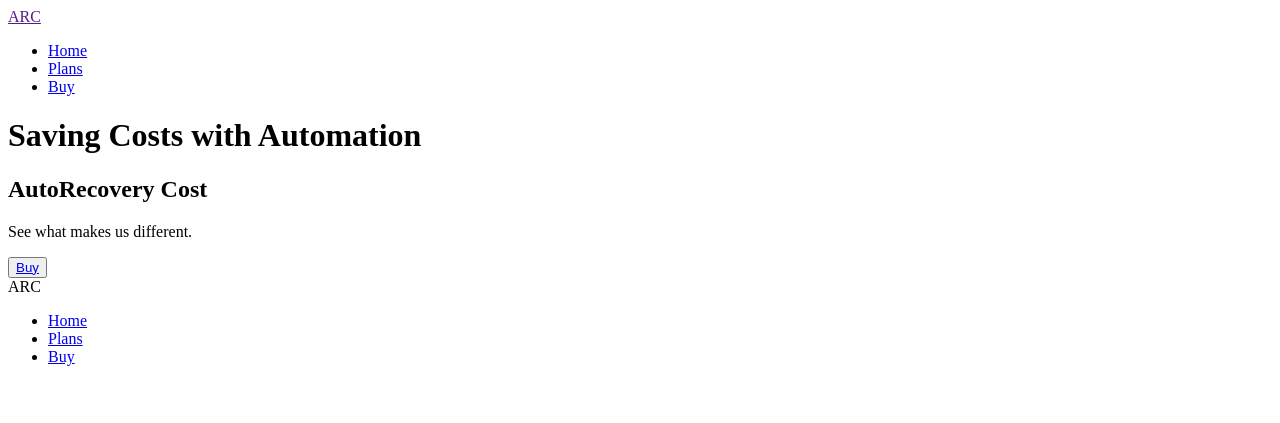
Repository: batmikun/Courses
Page: Front-End/SPA NATIVE JS/src/index.html
The author's editor kept a copy of each file at every save. The page is drawn from the files as they stood at one save, then again after the next save.
The browser window is 1280 px wide. The pictures show the whole page.

Above is the page before, as saved 2021-11-21 00:52:45.

### Front-End/SPA NATIVE JS/src/index.html
<!DOCTYPE html>
<html lang="en">
    <head>
        <meta charset="UTF-8">
        <meta http-equiv="X-UA-Compatible" content="IE=edge">
        <meta name="viewport" content="width=device-width, initial-scale=1.0">
        <title>AutoRecovery Cost</title>
    </head>
    <body>
        <nav class="navbar">
            <div class="navbar__container">
                <a href="" id="navbar__logo">
                    ARC
                </a>
                <div class="navbar__toggle" id="mobile-menu">
                    <span class="bar"></span>
                    <span class="bar"></span>
                    <span class="bar"></span>
                </div>
                <ul class="navbar__menu">
                    <li class="navbar__item">
                        <a id="" href="#" class="navbar__link">Home</a>
                    </li>
                    <li class="navbar__item">
                        <a id="Products" href="#" class="navbar__link">Plans</a>
                    </li>
                    <li class="navbar__btn">
                        <a href="#" id="" class="button">Buy</a>
                    </li>
                </ul>
            </div>
        </nav>

        <div class="main">
            <div class="main__container">
                <div class="main__content">
                    <h1>Saving Costs with Automation</h1>
                    <h2>AutoRecovery Cost</h2>
                    <p>See what makes us different.</p>
                    <button class="main__btn">
                        <a href="#" id="Products">Buy</a>
                    </button>
                </div>
            </div>
        </div>

        <section id="root"></section>

        <footer>
            <div class="footer">
                <div class="footer__container">
                    <div class="footer__content">
                        <div class="footer__logo">
                            ARC
                        </div>
                        <div class="footer__menu">
                            <ul class="footer__list">
                                <li class="footer__item">
                                    <a href="#" class="footer__link">Home</a>
                                </li>
                                <li class="footer__item">
                                    <a href="#" class="footer__link">Plans</a>
                                </li>
                                <li class="footer__item">
                                    <a href="#" class="footer__link">Buy</a>
                                </li>
                            </ul>
                        </div>
                    </div>
                </div>
            </div>
        </footer>
    </body>
</html>

After the next save:
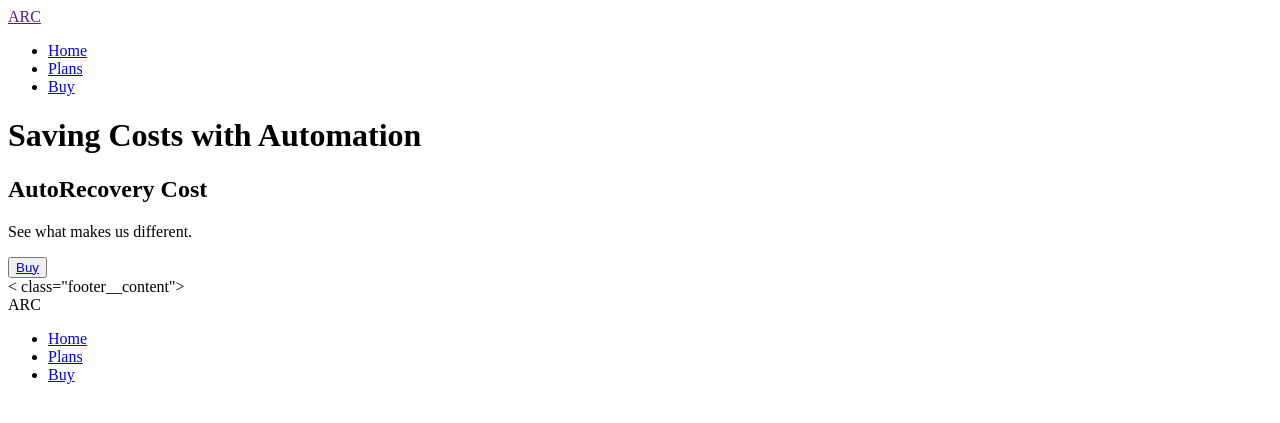
Saved 48 s later.
--- a/Front-End/SPA NATIVE JS/src/index.html
+++ b/Front-End/SPA NATIVE JS/src/index.html
@@ -49,11 +49,10 @@
         <footer>
             <div class="footer">
                 <div class="footer__container">
-                    <div class="footer__content">
+                    < class="footer__content">
                         <div class="footer__logo">
                             ARC
                         </div>
-                        <div class="footer__menu">
                             <ul class="footer__list">
                                 <li class="footer__item">
                                     <a href="#" class="footer__link">Home</a>
@@ -65,7 +64,6 @@
                                     <a href="#" class="footer__link">Buy</a>
                                 </li>
                             </ul>
-                        </div>
                     </div>
                 </div>
             </div>

After the save that followed:
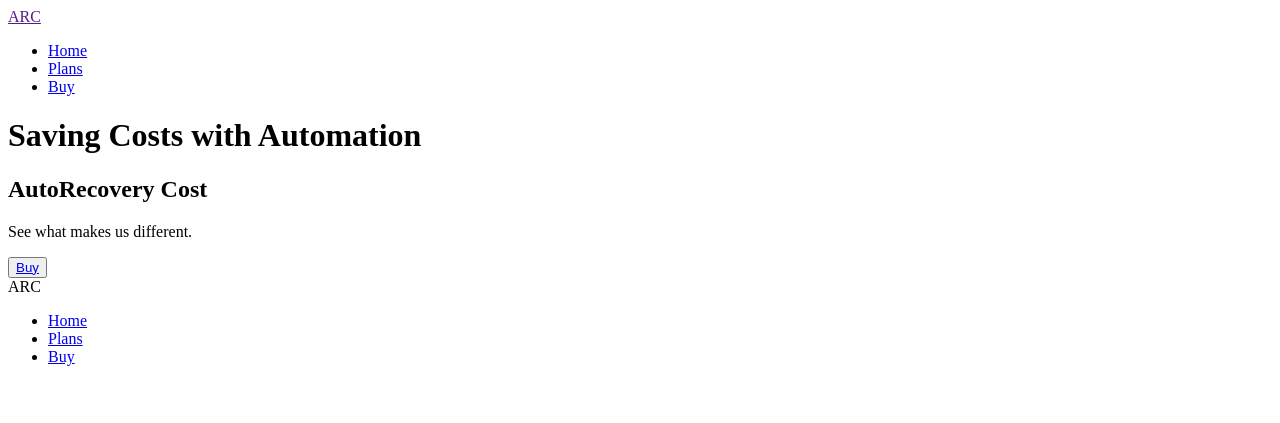
Saved 7 s later.
--- a/Front-End/SPA NATIVE JS/src/index.html
+++ b/Front-End/SPA NATIVE JS/src/index.html
@@ -49,21 +49,21 @@
         <footer>
             <div class="footer">
                 <div class="footer__container">
-                    < class="footer__content">
+                    <div class="footer__content">
                         <div class="footer__logo">
                             ARC
                         </div>
-                            <ul class="footer__list">
-                                <li class="footer__item">
-                                    <a href="#" class="footer__link">Home</a>
-                                </li>
-                                <li class="footer__item">
-                                    <a href="#" class="footer__link">Plans</a>
-                                </li>
-                                <li class="footer__item">
-                                    <a href="#" class="footer__link">Buy</a>
-                                </li>
-                            </ul>
+                        <ul class="footer__list">
+                            <li class="footer__item">
+                                <a href="#" class="footer__link">Home</a>
+                            </li>
+                            <li class="footer__item">
+                                <a href="#" class="footer__link">Plans</a>
+                            </li>
+                            <li class="footer__item">
+                                <a href="#" class="footer__link">Buy</a>
+                            </li>
+                        </ul>
                     </div>
                 </div>
             </div>
